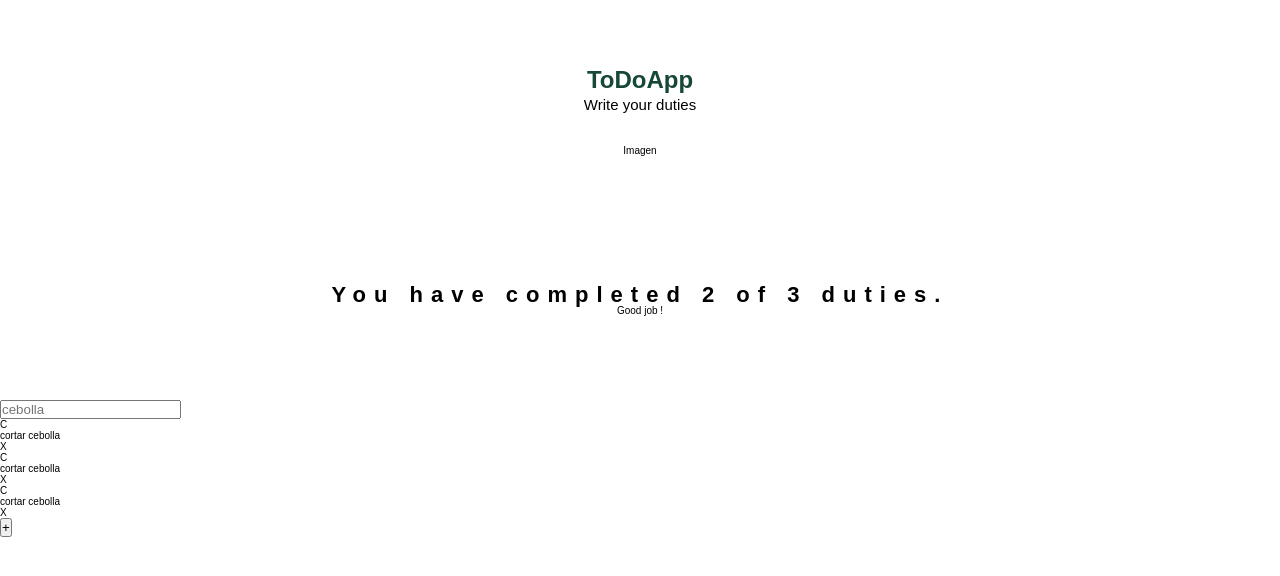
Repository: ChristianGecchelin/to-do-app
Page: /
The author's editor kept a copy of each file at every save. The page is drawn from the files as they stood at one save, then again after the next save.
The browser window is 1280 px wide. The pictures show the whole page.
The project was rebuilt for these pictures with package versions that can differ from the ones it lists, and the page was loaded fresh each time.

Above is the page before, as saved 2022-01-12 10:57:05.

After the next save:
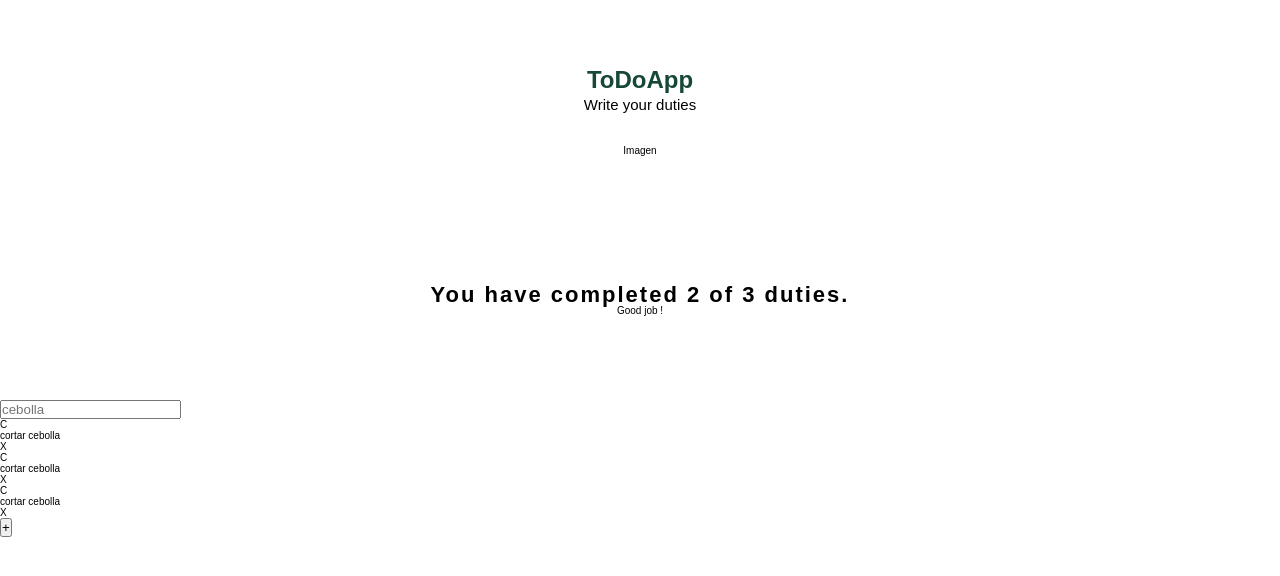
Saved 5 s later.
--- a/src/styles/ToDoCounter.css
+++ b/src/styles/ToDoCounter.css
@@ -13,7 +13,7 @@
   font-size: 2.2rem;
   font-weight: 700;
   line-height: 2rem;
-  letter-spacing: 0.8rem;
+  letter-spacing: 0.2rem;
 }
 
 /* como funciona la especifidad en css en react? */
